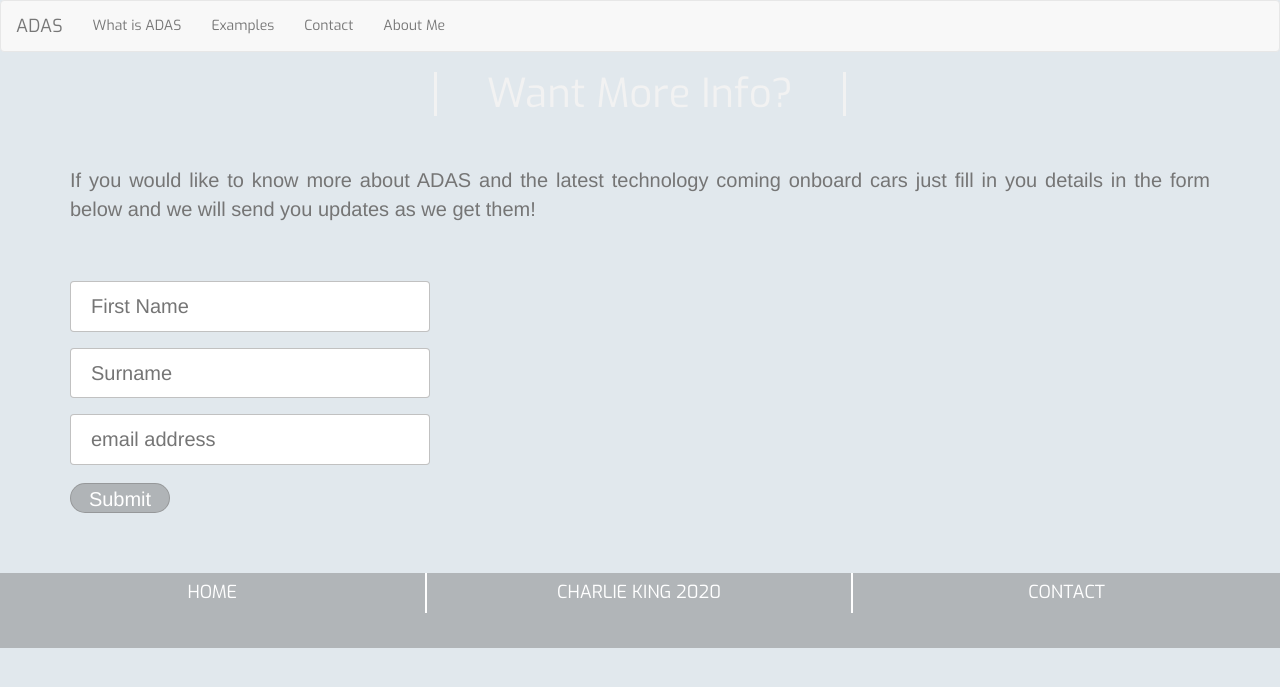
Repository: Cha-K28/First-Milestone-Project
Page: contact.html
The author's editor kept a record of every edit. The page is drawn from the files as they stood at one moment, then again after the next edit.
The browser window is 1280 px wide. The pictures show the whole page.

Above is the page before.

### contact.html
<!DOCTYPE html>
<html lang="en">

<head>
    <meta charset="utf-8">
    <meta name="viewport" content="width=device-width, initial-scale=1">
    <link rel="stylesheet" href="https://maxcdn.bootstrapcdn.com/bootstrap/3.4.1/css/bootstrap.min.css">
    <script src="https://ajax.googleapis.com/ajax/libs/jquery/3.4.1/jquery.min.js"></script>
    <script src="https://maxcdn.bootstrapcdn.com/bootstrap/3.4.1/js/bootstrap.min.js"></script>
    <link href="https://fonts.googleapis.com/css?family=Exo&display=swap" rel="stylesheet">

    <link rel="stylesheet" href="css/style.css" type="text/css" />
    <title>ADAS - What is it?</title>
</head>

<body>
    <!-- header  -->
    <header>
        <nav class="navbar navbar-default">
            <div class="container-fluid">
                <div class="navbar-header">

                    <button type="button" class="navbar-toggle" data-toggle="collapse" data-target="#myNavbar">
                        <span class="icon-bar"></span>
                        <span class="icon-bar"></span>
                        <span class="icon-bar"></span>
                    </button>

                    <a class="navbar-brand" href="index.html">ADAS</a>
                </div>
                <div class="collapse navbar-collapse" id="myNavbar">
                <ul class="nav navbar-nav">
                    <li><a href="what_is_adas.html">What is ADAS</a></li>
                    <li><a href="examples.html">Examples</a></li>
                    <li><a href="contact.html">Contact</a></li>
                    <li><a href="about_me.html">About Me</a></li>
                </ul>
             </div>
        </nav>
    </header>
    <!-- End header  -->

    <H1>Want More Info?</H1>

    <div class="container">


            <p>
                If you would like to know more about ADAS and the latest technology coming onboard cars just fill in you details in the form below and we will send you updates as we get them!
            </p>

            <div class="row">

                <div class="col-md-4">
                    <form>
                        <input type="text" name="first_name" placeholder="First Name" />
                        <input type="text" name="surname" placeholder="Surname" />
                        <input type="email" name="email" placeholder="email address">
                        <input type="submit" value="Submit" />
                    </form>
                </div>

            </div>


    </div>



    <!-- footer -->
    <div class="footer">
    <footer class="container-fluid">
        <div class="row">
            <div class= "footer_background">
            <div class="col-sm-4 footer_box">
                <h4><a href="index.html">Home</a></h4>
            </div>
            <div class="col-sm-4 footer_box">
                <h4>Charlie King 2020</h4>

            </div>

            <div class="col-sm-4">
                <h4><a href="contact.html">Contact</a></h4>

            </div>
            </div>
        </div>



    </footer>

    <!-- End footer -->

</body>

</html>

### css/style.css
body {
  background-color: #e1e8ed;
}


/* --------------------------------------- headings etc*/

.top_headings {
  background-color: #75757573;

}

h1 {
  width: fit-content;
  display: block;
  text-align: center;
  font-size: 40px;
  font-family: 'Exo', sans-serif;
  color: #f2f2f2;
  margin-left: auto;
  margin-right: auto;
  padding-left: 50px;
  padding-right: 50px;
  border-left: solid 3px #f2f2f2;
  border-right: solid 3px #f2f2f2;
  margin-bottom: 50px;

}

@media (Min-Width:768px) {

  h1 {
    border-right: solid 3px #f2f2f2;
  }

}

h2 {
  text-align: left;
}


h4 {
  margin-top: 10px;
  text-align: center;
  font-family: 'Exo', sans-serif;
  color: white;
  text-transform: uppercase;
}


/*----------------------------------------------- headings etc close */

/*----------------------------------------------- main content */

.container {

  font-size: 20px;
  color: #757575;
  text-align: justify;

}



.background-image {
  background-image: url(../images/background.png);
  background-size: cover;
  height: 450px;
  width: auto;
  background-position: center;
  background-repeat: no-repeat;
  margin-bottom: 50px;


}

@media (Max-Width:768px) {

  .background-image {
    height: 350px;
  }
}


@media (Max-Width:414px) {

  .background-image {
    height: 200px;
  }
}


.background-image-2 {
  background-image: url(../images/backround_image_2.jpg);
  background-size: cover;
  height: 200px;
  width: auto;
  background-position: center;
  background-repeat: no-repeat;
  margin-bottom: 50px;

}


p {
  margin-bottom: 50px;

}


.bright_background {
  background-color: #f2f2f2;
}


button {
  display: block;
  margin-left: auto;
  margin-right: auto;
  margin-bottom: 15px;
  border-radius: 25px;
  color: white;
  background-color: #af2626;

}

button:hover {
  background-color: #f2f2f2 ;
  border: solid 1px #757575 ;
  transition-duration: 3s;

}


a {
  font-family: "Exo", sans-serif;
  color: white;
}


a:hover {
  color: #757575 ;
  transition-duration: 2s;
}

/*----------------------------------------end main content */



/* ---------------------------------- contact form */

input[type=email] {
  width: 100%;
  background-color: white;
  color: #75757573;
  padding: 10px 20px;
  margin: 8px 0;
  border: solid #75757573 1px;
  border-radius: 4px;
  cursor: pointer;

}

input[type=text] {
  width: 100%;
  background-color: white;
  color: #75757573;
  padding: 10px 20px;
  margin: 8px 0;
  border: solid #75757573 1px;
  border-radius: 4px;
  cursor: pointer;

}

input[type=submit] {
  width: 100px;
  height: 30px;
  border-radius: 25px;
  border: solid #75757573 1px;
  margin-top: 10px;
  color: white;
  background-color: #75757573;
  margin-bottom: 10px;

}

/* ----------------------------------------- Contact Form */



/* ----------------------------footer */

.footer {
  margin-top: 50px;
}


.footer_background {
  background-color: #75757573;
  height: 75px;
  position: relative;
  width: 100%;


}



@media (Min-Width:768px) {

  .footer_box {
    border-right: solid 2px white;
  }

}


/* ------------------------------footer */

After the next edit:
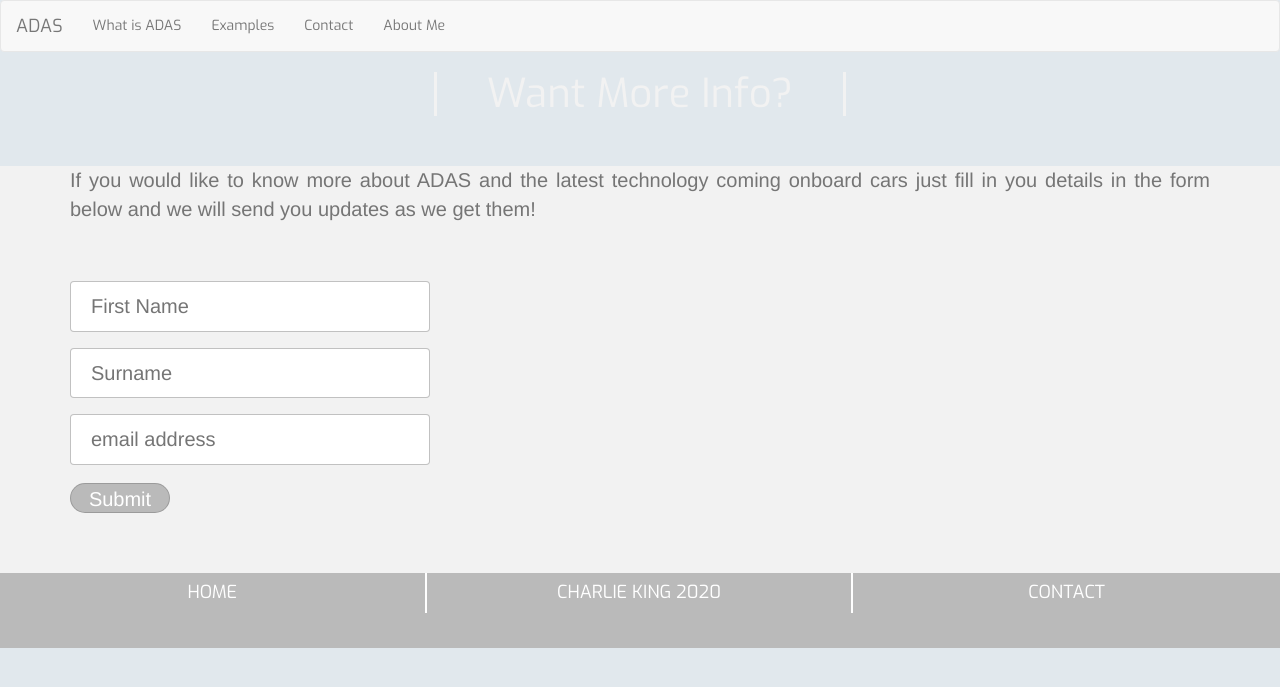
The edit:
--- a/contact.html
+++ b/contact.html
@@ -29,38 +29,40 @@
                     <a class="navbar-brand" href="index.html">ADAS</a>
                 </div>
                 <div class="collapse navbar-collapse" id="myNavbar">
-                <ul class="nav navbar-nav">
-                    <li><a href="what_is_adas.html">What is ADAS</a></li>
-                    <li><a href="examples.html">Examples</a></li>
-                    <li><a href="contact.html">Contact</a></li>
-                    <li><a href="about_me.html">About Me</a></li>
-                </ul>
-             </div>
+                    <ul class="nav navbar-nav">
+                        <li><a href="what_is_adas.html">What is ADAS</a></li>
+                        <li><a href="examples.html">Examples</a></li>
+                        <li><a href="contact.html">Contact</a></li>
+                        <li><a href="about_me.html">About Me</a></li>
+                    </ul>
+                </div>
         </nav>
     </header>
     <!-- End header  -->
 
     <H1>Want More Info?</H1>
 
+    <div class="bright_background">
+
     <div class="container">
 
 
-            <p>
-                If you would like to know more about ADAS and the latest technology coming onboard cars just fill in you details in the form below and we will send you updates as we get them!
-            </p>
+        <p>
+            If you would like to know more about ADAS and the latest technology coming onboard cars just fill in you details in the form below and we will send you updates as we get them!
+        </p>
 
-            <div class="row">
+        <div class="row">
 
-                <div class="col-md-4">
-                    <form>
-                        <input type="text" name="first_name" placeholder="First Name" />
-                        <input type="text" name="surname" placeholder="Surname" />
-                        <input type="email" name="email" placeholder="email address">
-                        <input type="submit" value="Submit" />
-                    </form>
-                </div>
+            <div class="col-md-4">
+                <form>
+                    <input type="text" name="first_name" placeholder="First Name" />
+                    <input type="text" name="surname" placeholder="Surname" />
+                    <input type="email" name="email" placeholder="email address">
+                    <input type="submit" value="Submit" />
+                </form>
+            </div>
 
-            </div>
+        </div>
 
 
     </div>
@@ -69,23 +71,24 @@
 
     <!-- footer -->
     <div class="footer">
-    <footer class="container-fluid">
-        <div class="row">
-            <div class= "footer_background">
-            <div class="col-sm-4 footer_box">
-                <h4><a href="index.html">Home</a></h4>
+        <footer class="container-fluid">
+            <div class="row">
+                <div class="footer_background">
+                    <div class="col-sm-4 footer_box">
+                        <h4><a href="index.html">Home</a></h4>
+                    </div>
+                    <div class="col-sm-4 footer_box">
+                        <h4>Charlie King 2020</h4>
+
+                    </div>
+
+                    <div class="col-sm-4">
+                        <h4><a href="contact.html">Contact</a></h4>
+
+                    </div>
+                </div>
             </div>
-            <div class="col-sm-4 footer_box">
-                <h4>Charlie King 2020</h4>
-
-            </div>
-
-            <div class="col-sm-4">
-                <h4><a href="contact.html">Contact</a></h4>
-
-            </div>
-            </div>
-        </div>
+    </div>
 
 
 
